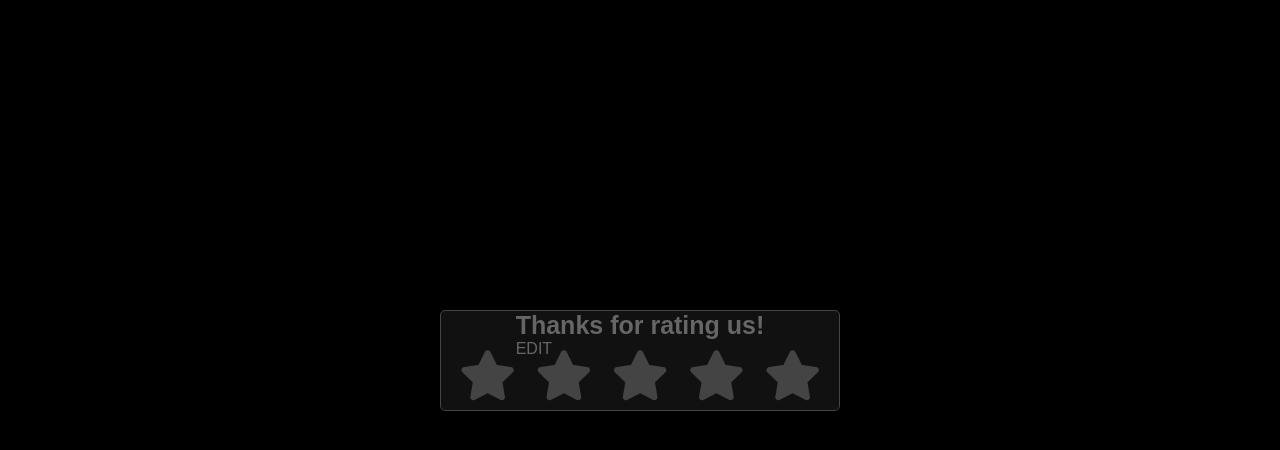
Repository: Suryansh-D/Star-Ratings
Page: index.html
These files come from the project's save history. The page is drawn as it stood at one moment and after a run of saves; the edit follows.
The browser window is 1280 px wide. The pictures show the whole page.

Above is the page before, as saved 2024-02-03 10:28:01.

### index.html
<!DOCTYPE html>
<html lang="en">
<head>
    <meta charset="UTF-8">
    <meta name="viewport" content="width=device-width, initial-scale=1.0">
    <title>Document</title>
</head>
<link rel="stylesheet" href="style.css">
<link rel="stylesheet" href="https://cdnjs.cloudflare.com/ajax/libs/font-awesome/5.15.3/css/all.min.css">
<body>
    <div class="container">
        <div class="post">
            <div class="text">Thanks for rating us!</div>
            <div class="edit">EDIT</div>
            </div>
        <div class="stars">
            <input type="radio" name="rate" id="rate-5">
            <label for="rate-5" class="fas fa-star"></label>
            <input type="radio" name="rate" id="rate-4">
            <label for="rate-4" class="fas fa-star"></label>
            <input type="radio" name="rate" id="rate-3">
            <label for="rate-3" class="fas fa-star"></label>
            <input type="radio" name="rate" id="rate-2">
            <label for="rate-2" class="fas fa-star"></label>
            <input type="radio" name="rate" id="rate-1">
            <label for="rate-1" class="fas fa-star"></label>
            <form action="#">
                <header></header>
                <div class="textarea">
                <textarea cols="30" placeholder="Describe your experience"></textarea>
                </div>
                    <div class="btn">
                        <button type="submit">Post</button>
                        </div>
                 </form>
        </div>
    </div>
    <script></script>
</body>
</html>

### style.css
@import url('https://fonts.googleapis.com/css?family=Roboto:400,700');
* {
  margin: 0;
  padding: 0;
  box-sizing: border-box;
  font-family:'Poppins', sans-serif;
}
html, body {
  height: 100%;
  background-color: #000;
  place-items: center;
  display: grid;
  text-align: center;
}

.container {
  width: 400px;
  background: #111;
    padding: 20px , 30px;
    border: 1px solid #444;
    border-radius: 5px;
    display: flex;
    flex-direction: column;
    align-items: center;
    justify-content: center;
}
.container .stars input{
    display: none;
}
.stars label{
    font-size: 50px;
    color: #444;
    cursor: pointer;
    transition: all 0.2s ease;
    float: right;
    padding: 10px;

}
.stars input:not(:checked) ~ label:hover ,
.stars input:not(:checked) ~ label:hover ~ label{
    color: #ffcc00;
}
.stars input:checked ~ label{
    color: #ffcc00;
}
input#rate-5:checked ~ label{
    color: #fe7;
    text-shadow: 0 0 20px #f1cf45;
}
input#rate-4:checked ~ label{
    color: #fe7;
    text-shadow: 0 0 20px #f1cf45;
}
input#rate-3:checked ~ label{
    color: #fe7;
    text-shadow: 0 0 20px #f1cf45;
}
input#rate-2:checked ~ label{
    color: #fe7;
    text-shadow: 0 0 20px #f1cf45;
}
input#rate-1:checked ~ label{
    color: #fe7;
    text-shadow: 0 0 20px #f1cf45;
}

#rate-1:checked ~ form header:before{
    content: "Hatt Bakwas 😤";

}
#rate-2:checked ~ form header:before{
    content: "Bekaar 😒";
}
#rate-3:checked ~ form header:before{
    content: "Theek hi hai 🙂";
}
#rate-4:checked ~ form header:before{
    content: "Wah yaar😏";
}
#rate-5:checked ~ form header:before{
    content: "Ohh Bhaisaab 🤯 ";
}

.container .text{
    font-size: 25px;
    color: #666;
    font-weight: 700;

}
.container .edit{
    position: absolute;
    right
    font-size: 16px;
    color: #666;
    font-weight: 500;
}
.container form{
    display: none;
}
input:checked ~ form{
    display: block;
    transition: all 0.2s ease;
}
form header{
    width:100%;
    font-size: 25px;
    color: #fe7;
    font-weight: 700;
    margin: 5px 0 20px 0;
    text-align: center;
    transition: all 0.2s ease;
}

form .textarea{
    width: 100%;
   height: 100%;
   overflow: hidden;
}
form .textarea textarea{
    height: 100%;
    width:100%;
    outline: none;
    color: #fff;
    border: 1px solid #333;
    background: #222;
    padding: 10px;
    font-size: 17px;
    resize: none;
}
form .btn{
  height: 45px;
  width: 100%;
  margin: 15px 0;
}
form .btn button{
    width: 100%;
    height: 100%;
    border: 1px solid #444;
    outline: none;
    background: #222;
    color: #999;
    font-size: 20px;
    font-weight: 700;
    cursor: pointer;
    transition: all 0.2s ease;
    font-size: 17px;
    text-transform: uppercase;
}
form .btn button:hover{
    background: #1b1b1b;
    color: #fff;
}

After the next 2 saves:
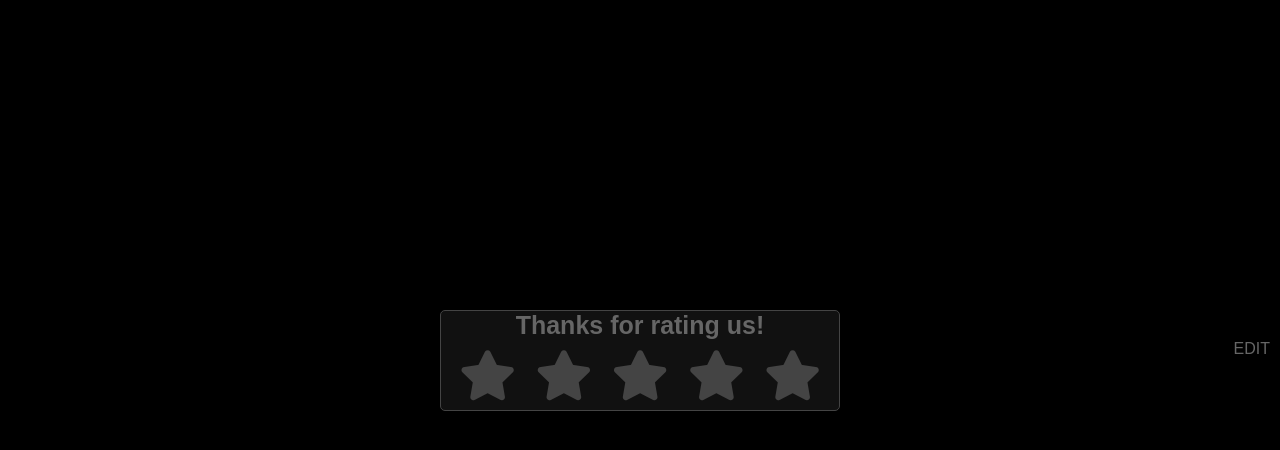
The 2 saves are shown as one change because they came seconds apart.
The last was saved 8 s later.
--- a/style.css
+++ b/style.css
@@ -89,7 +89,8 @@ input#rate-1:checked ~ label{
 }
 .container .edit{
     position: absolute;
-    right
+    right:10px;
+    top
     font-size: 16px;
     color: #666;
     font-weight: 500;
